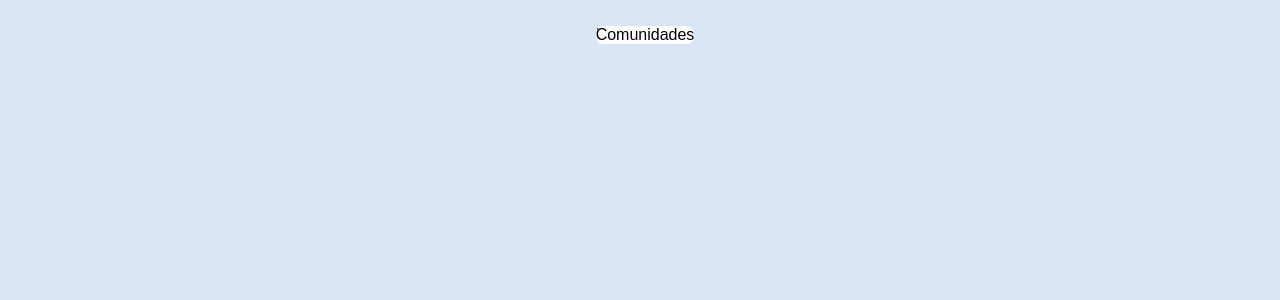
Repository: jminervino/alurakut
Page: /
The author's editor kept a copy of each file at every save. The page is drawn from the files as they stood at one save, then again after the next save.
The browser window is 1280 px wide. The pictures show the whole page.
The project was rebuilt for these pictures with package versions that can differ from the ones it lists, and the page was loaded fresh each time. The framework's server and built-in components were replaced by stand-ins that run in the browser. Also part of the build but not shown: next.config.js.

Above is the page before, as saved 2022-03-24 10:33:42.

### pages/_app.js
import { createGlobalStyle, ThemeProvider } from 'styled-components'

const GlobalStyle = createGlobalStyle`
  /* Reset CSS*/
  *{
    margin: 0;
    padding: 0;
    box-sizing: border-box;
  }

  body {
    font-family: sans-serif;
    background-color: #D9E6F6;
  }

  #__next {
    display: flex;
    min-height: 100vh;
    flex-direction: column;
  }
`

const theme = {
  colors: {
    primary: '#0070f3',
  },
}

export default function App({ Component, pageProps }) {
  return (
    <>
      <GlobalStyle />
      <ThemeProvider theme={theme}>
        <Component {...pageProps} />
      </ThemeProvider>
    </>
  )
}

### pages/index.js
import styled from 'styled-components'

//const Title = styled.h1`
//  font-size: 50px;
//  color: ${({ theme }) => theme.colors.primary};
//`

const Box = styled.div`
  background: #ffffff;
  border-radius: 8px;
`;

const MainGrid = styled.main`
  display: grid;
  grid-gap: 10px;
  padding: 16px;
  margin: 0 auto;

  @media (min-width: 860px){
    grid-template-areas: "profileArea welcomeArea profileRelationsArea"
    grid-template-columns: 160px 618px 312px;

    }
`

export default function Home() {
  return (
    <MainGrid>
      <Box style={{ gridArea: 'profileArea' }}>
        Imagem
      </Box>
      <Box style={{ gridArea: 'welcomeArea' }}>
        Bem vindo
      </Box>
      <Box style={{ gridArea: 'profileRelationsArea' }}>
        Comunidades
      </Box>
    </MainGrid>
  )
}

Loaded but not shown: pages/_document.js (common file)

After the next save:
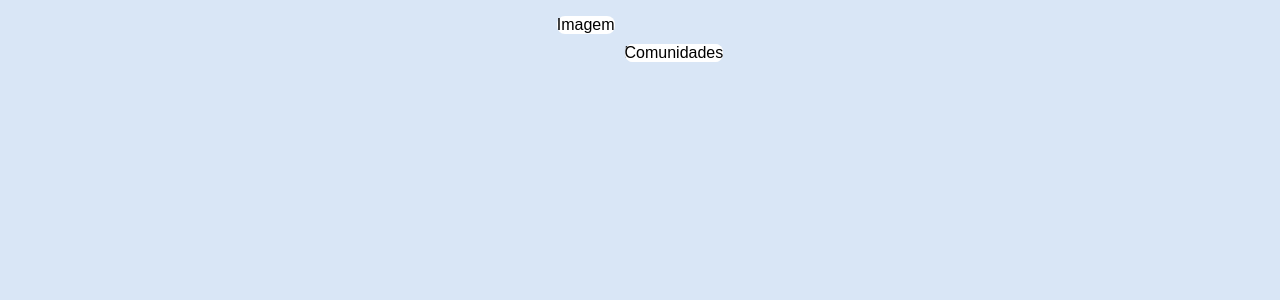
Saved 114 s later.
--- a/pages/index.js
+++ b/pages/index.js
@@ -26,9 +26,11 @@ const MainGrid = styled.main`
 export default function Home() {
   return (
     <MainGrid>
-      <Box style={{ gridArea: 'profileArea' }}>
-        Imagem
-      </Box>
+      <div>
+        <Box style={{ gridArea: 'profileArea' }}>
+          Imagem
+        </Box>
+      </div>
       <Box style={{ gridArea: 'welcomeArea' }}>
         Bem vindo
       </Box>
